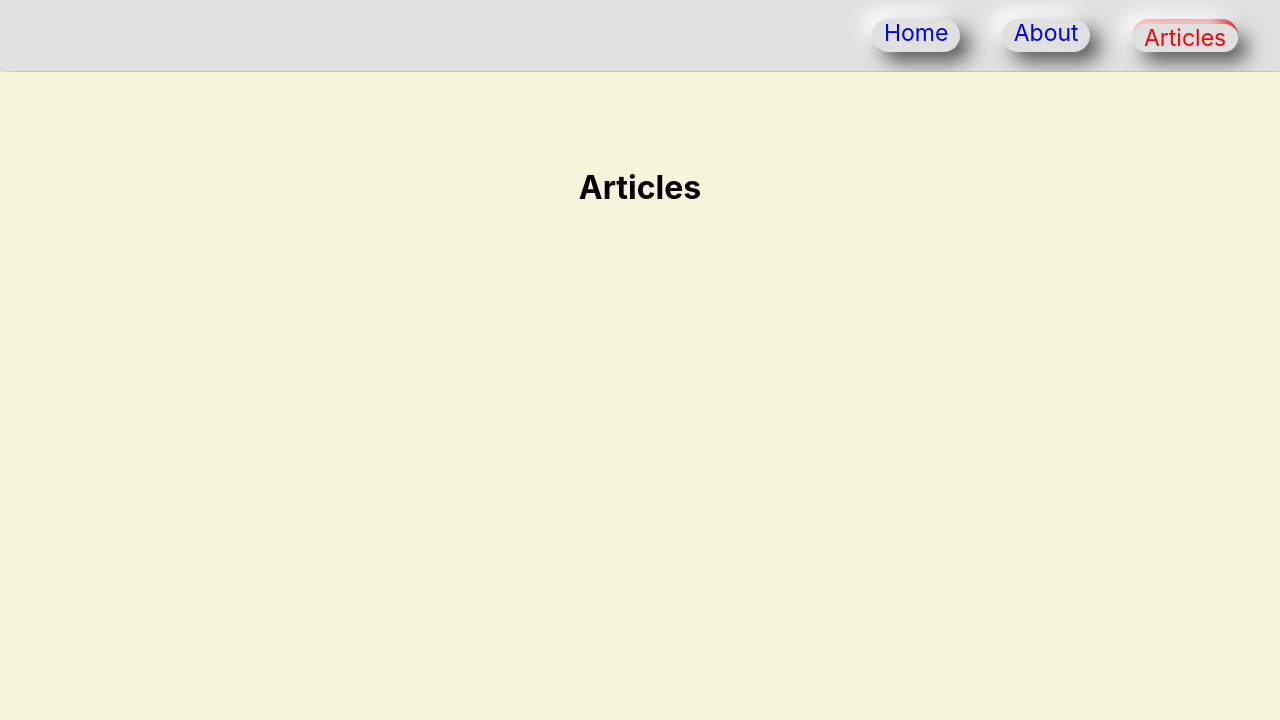
Repository: ShindanoSingi/react-software-architecture-course
Page: /articles
The author's editor kept a copy of each file at every save. The page is drawn from the files as they stood at one save, then again after the next save.
The browser window is 1280 px wide. The pictures show the whole page.
The project was rebuilt for these pictures with package versions that can differ from the ones it lists, and the page was loaded fresh each time. Also part of the build but not shown: src/pages/Home.js, src/pages/About.js.

Above is the page before, as saved 2022-12-25 20:59:19.

After the next save:
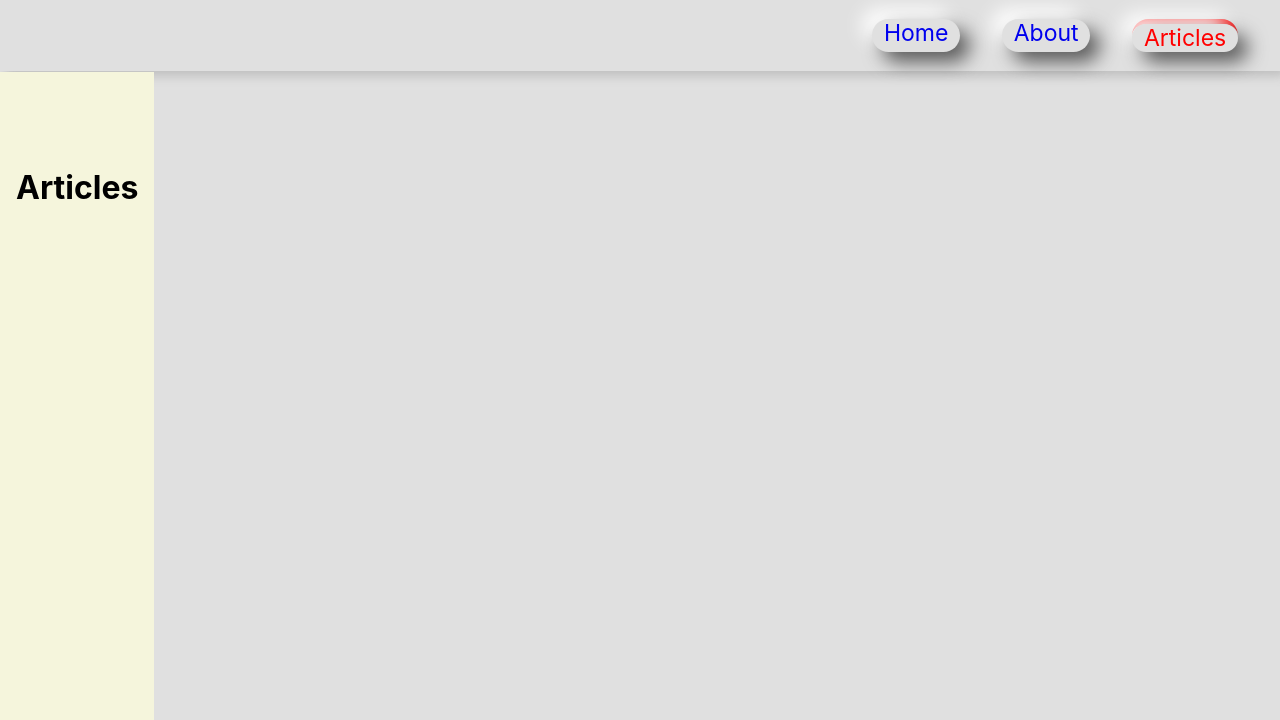
Saved 5 s later.
--- a/src/App.css
+++ b/src/App.css
@@ -43,7 +43,7 @@
 .container {
     position: fixed;
     top: 4.5em;
-    width: 80em;
+    max-width: 80em;
     background-color: beige;
     margin: 0 auto;
     height: 100%;

After the save that followed:
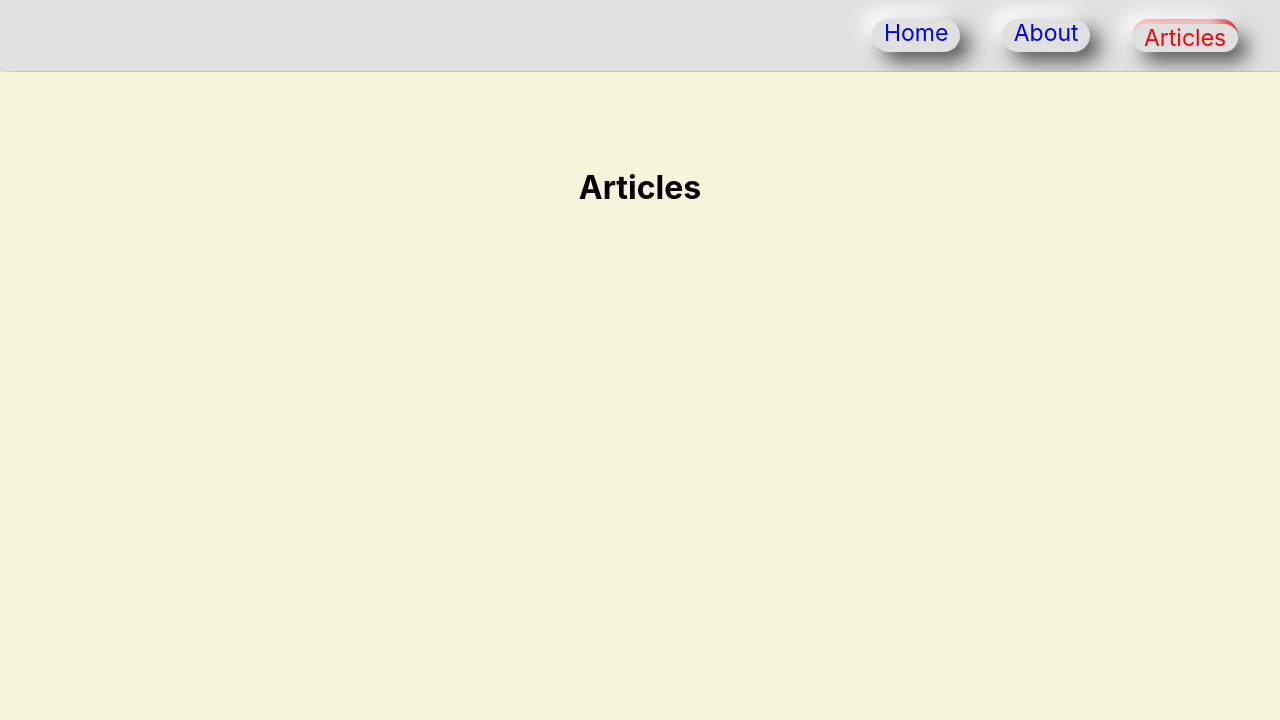
Saved 6 s later.
--- a/src/App.css
+++ b/src/App.css
@@ -43,7 +43,7 @@
 .container {
     position: fixed;
     top: 4.5em;
-    max-width: 80em;
+    width: 80em;
     background-color: beige;
     margin: 0 auto;
     height: 100%;
